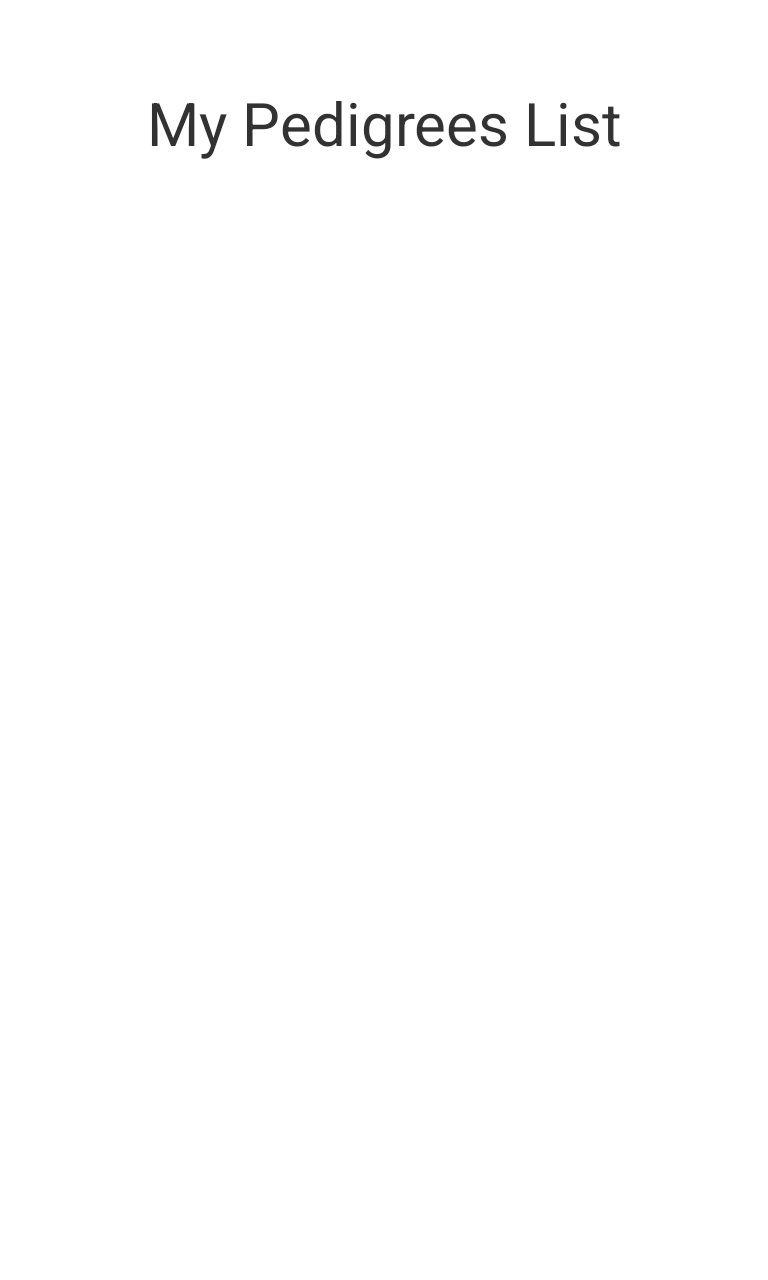
Repository: ivanbuhov/FamilyAndroidClient
Layout: Family/res/layout/activity_my_pedigrees.xml
The author's editor kept a copy of each file at every save. The layout is drawn from the files as they stood at one save, then again after the next save.
It is drawn on a 768 x 1280 px phone screen (xhdpi) without system bars, with theme AppTheme; the app's code is not run. Lists and similar views that code fills are empty.

Above is the layout before, as saved 2013-11-19 12:30:44.

After the next save:
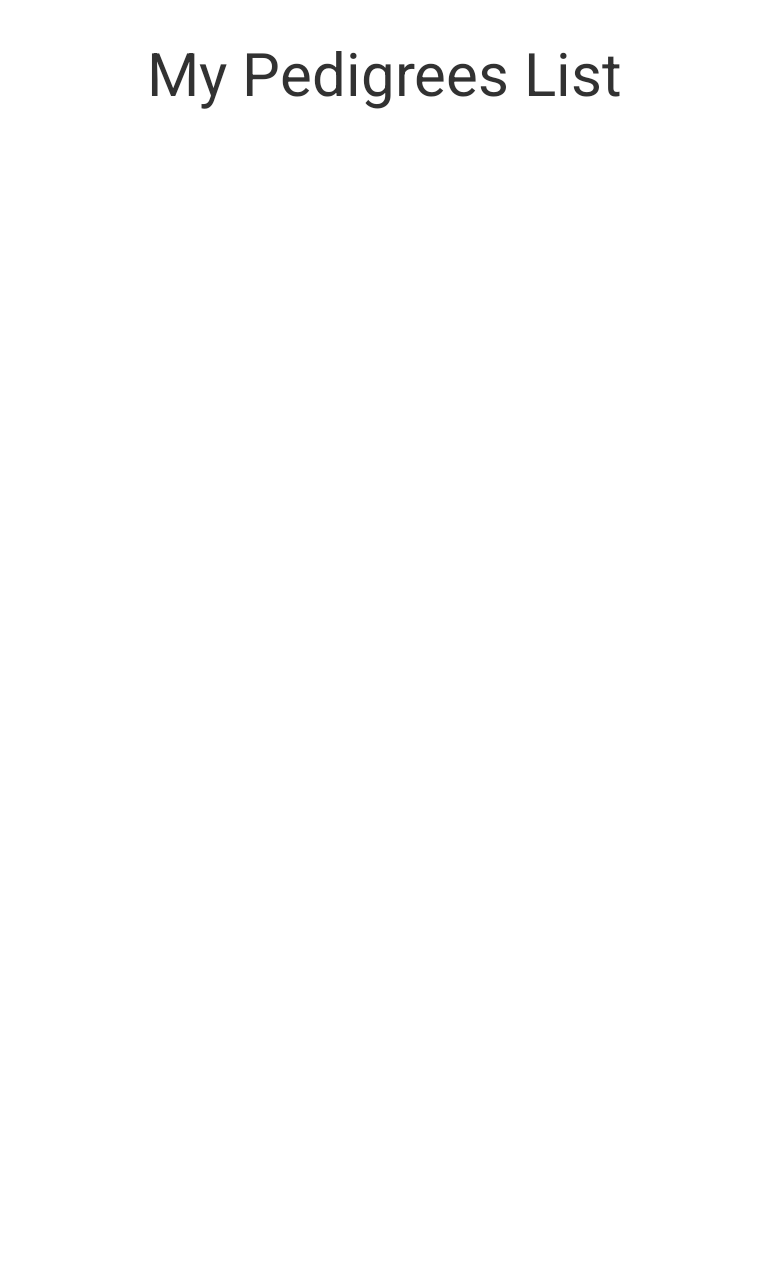
Saved 20 s later.
--- a/Family/res/layout/activity_my_pedigrees.xml
+++ b/Family/res/layout/activity_my_pedigrees.xml
@@ -26,7 +26,6 @@
 		android:layout_height="wrap_content"
 		android:textSize="30sp"
 		android:gravity="center_horizontal"
-		android:layout_marginTop="25dp"
 		android:text="@string/my_pedigrees_list_title" />
 
     <!-- Content -->
